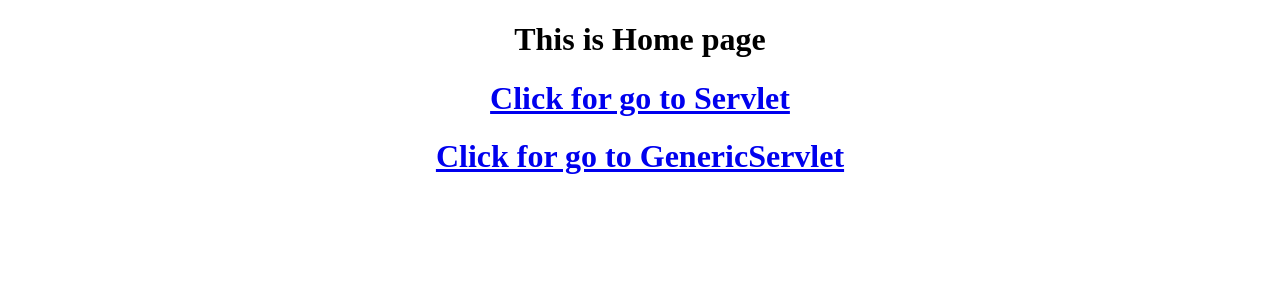
Repository: Hashim-Ansari-82/Servlet-And-JSP
Page: 2nd-Servlet-Demo/src/main/webapp/index.html
An editor plug-in stored every save of this project. The page is shown before and after the next save, followed by the edit.
The browser window is 1280 px wide. The pictures show the whole page.

Above is the page before, as saved 2026-06-03 18:22:00.

After the next save:
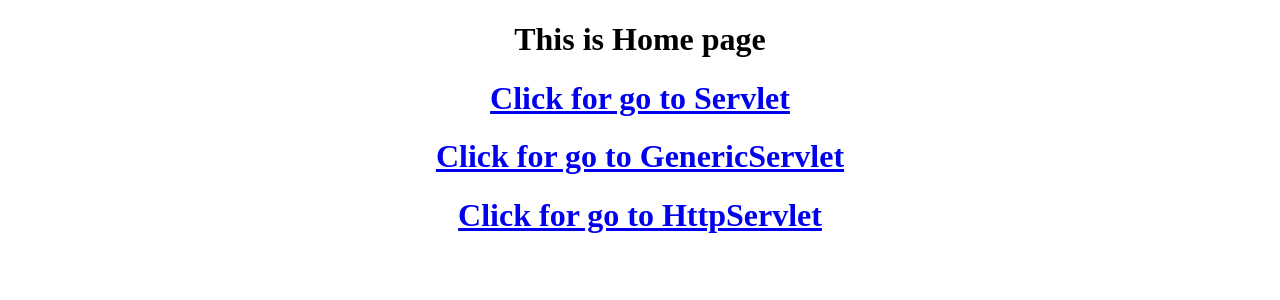
Saved 24 s later.
--- a/2nd-Servlet-Demo/src/main/webapp/index.html
+++ b/2nd-Servlet-Demo/src/main/webapp/index.html
@@ -13,6 +13,9 @@
 <h1>
 <a href="second">Click for go to GenericServlet</a>
 </h1>
+<h1>
+<a href="third">Click for go to HttpServlet</a>
+</h1>
 </div>
 </body>
 </html>
